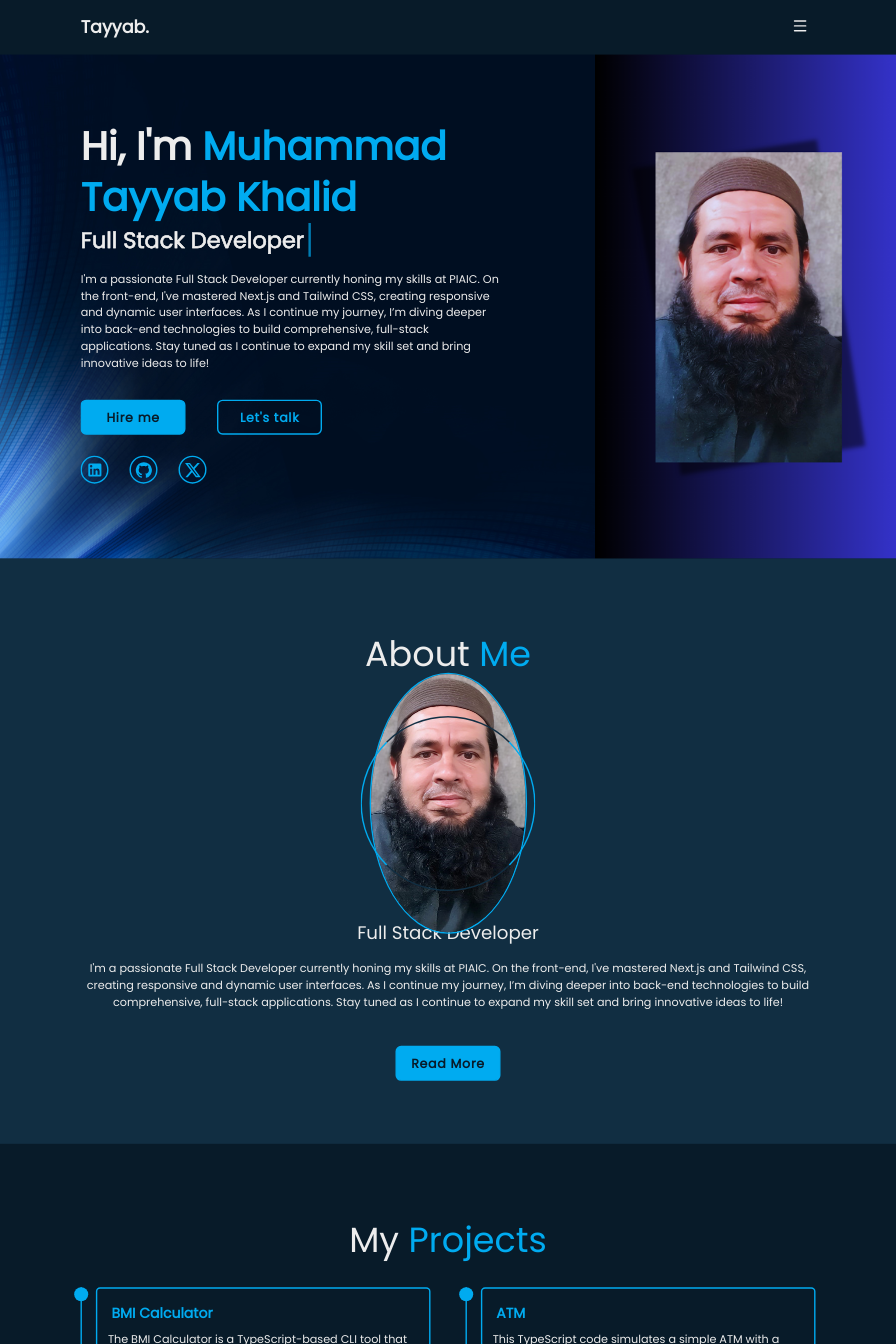
Repository: asadullah48/nextjs_projects_portfolio
Page: /
These files come from the project's save history. The page is drawn as it stood at one moment and after a run of saves; the edit follows.
The browser window is 1280 px wide. The pictures show the part of the page from y = 0 to 1920 px (the page is 4234 px tall), at 70% of full size.
The project was rebuilt for these pictures with package versions that can differ from the ones it lists, and the page was loaded fresh each time. The framework's server and built-in components were replaced by stand-ins that run in the browser. Also part of the build but not shown: next.config.ts.

Above is the page before, as saved 2024-11-13 10:37:09.

After the next 3 saves:
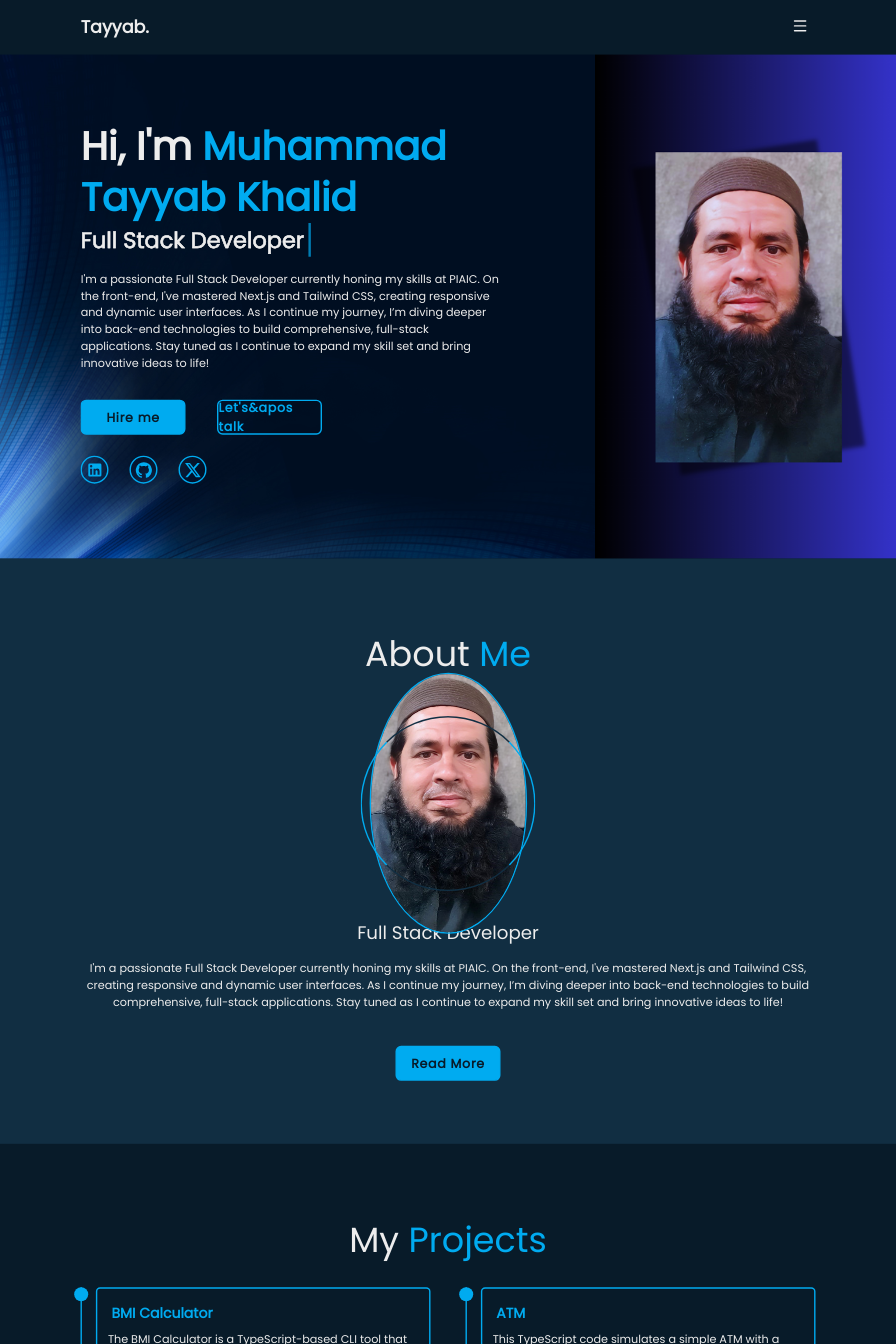
The 3 saves are shown as one change because they came seconds apart.
The last was saved 38 s later.
--- a/src/app/page.tsx
+++ b/src/app/page.tsx
@@ -155,7 +155,7 @@
               }
               className="btn" target="_blank"
             >
-              Let's talk
+              Let's&apos talk
             </Link>
           </div>
           <div className="flex-space-x-4 home-sci">

After the save that followed:
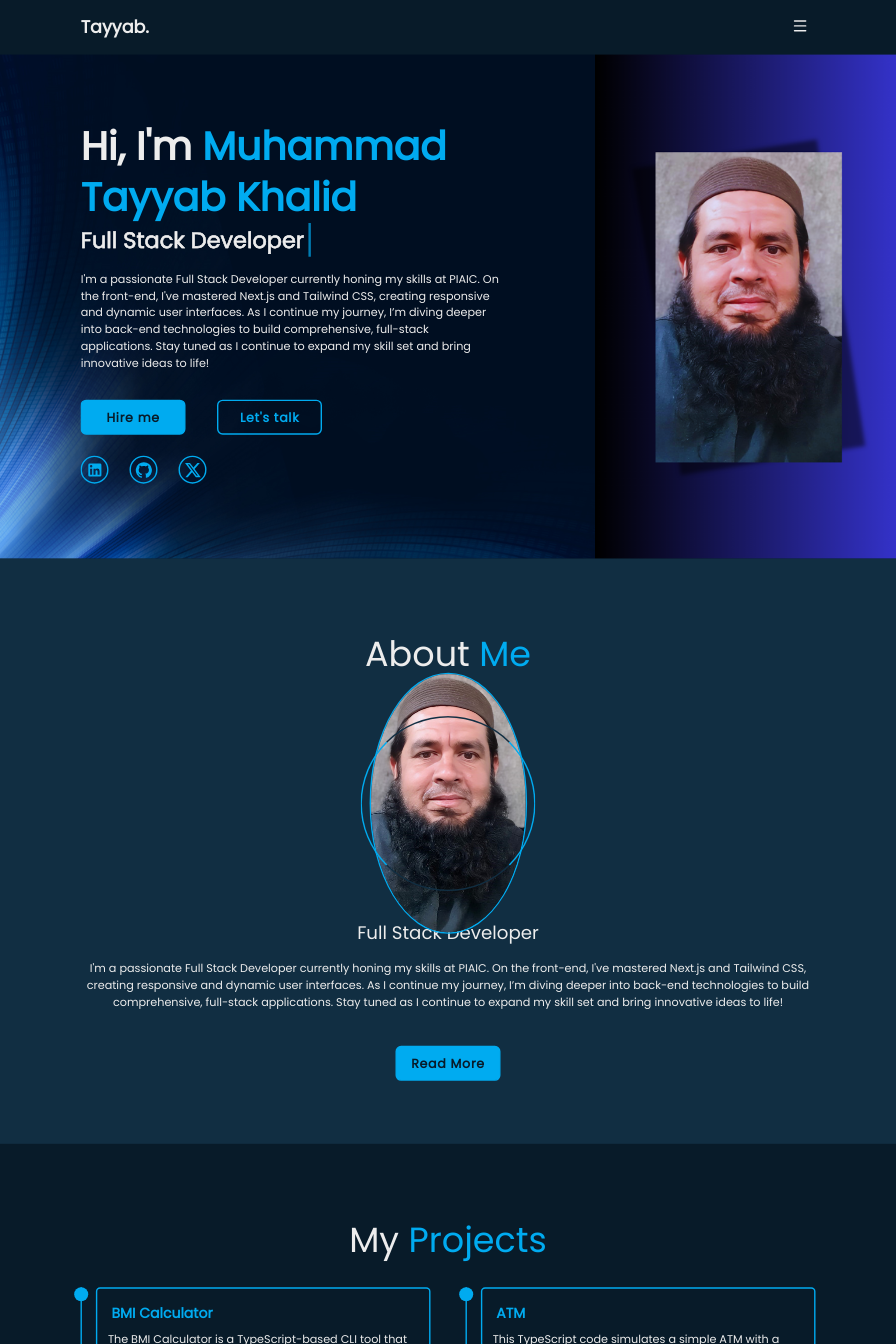
Saved 13 s later.
--- a/src/app/page.tsx
+++ b/src/app/page.tsx
@@ -155,7 +155,7 @@
               }
               className="btn" target="_blank"
             >
-              Let's&apos talk
+              Let's talk
             </Link>
           </div>
           <div className="flex-space-x-4 home-sci">
